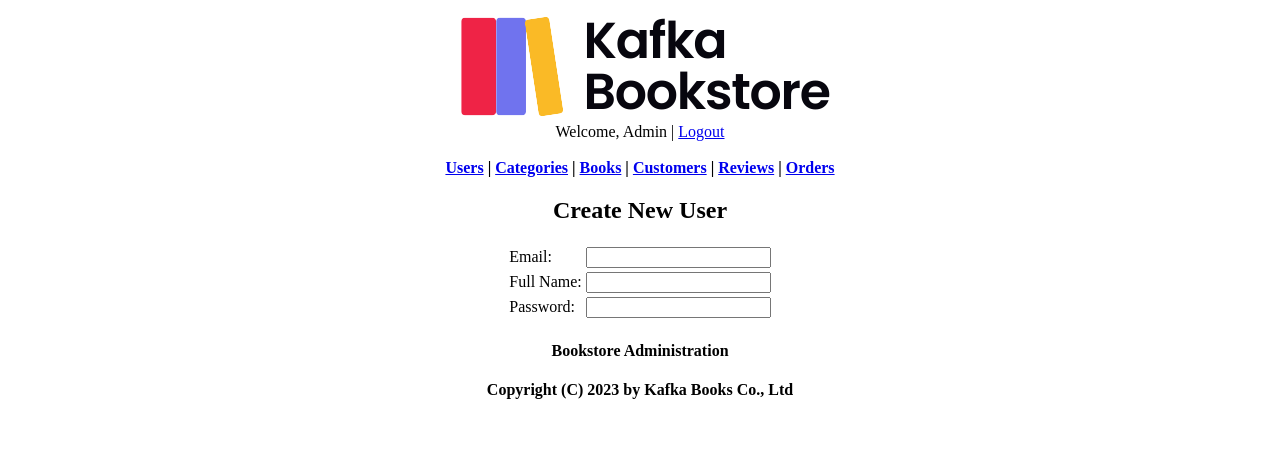
Repository: janvi2502/BookStore
Page: http://localhost/BookStoreWebsite/admin/user_form.jsp
The author's editor kept a copy of each file at every save. The page is drawn from the files as they stood at one save, then again after the next save.
The browser window is 1280 px wide. The pictures show the whole page.
The page is served by Tomcat 10. Other server files are loaded and not shown.

Above is the page before, as saved 2023-10-25 14:04:21.

### BookStoreWebsite/WebContent/admin/user_form.jsp
<%@ page language="java" contentType="text/html; charset=UTF-8"
	pageEncoding="UTF-8"%>
<!DOCTYPE html>
<html>
<head>
<meta charset="UTF-8">
<title>Create New User</title>
</head>
<body>
	<jsp:directive.include file="header.jsp" />
	<div align="center">
		<h2>Create New User</h2>
	</div>

	<div align="center">
		<form action="create_user" method="post">
			<table>
				<tr>
					<td>Email:</td>
					<td><input type="text" name="email" size="20" /></td>
				</tr>
				<tr>
					<td>Full Name:</td>
					<td><input type="text" name="fullname" size="20" /></td>
				</tr>
				<tr>
					<td>Password:</td>
					<td><input type="password" name="password" size="20" /></td>
				</tr>
			</table>
		</form>
	</div>

	<jsp:directive.include file="footer.jsp" />
</body>
</html>

### BookStoreWebsite/WebContent/admin/header.jsp
<div align="center">
	<div>
		<img src="../images/Kafka2.png" />
	</div>

	<div>
		Welcome, Admin | <a href="logout">Logout</a>
		<br/><br/>
	</div>
	<div>
		<b> <a href="list_users">Users</a> | <a href="categories">Categories</a>
			| <a href="books">Books</a> | <a href="customer">Customers</a> | <a
			href="reviews">Reviews</a> | <a href="orders">Orders</a>
		</b>
	</div>
</div>

### BookStoreWebsite/WebContent/admin/footer.jsp
<div align="center">
	<h4>Bookstore Administration</h4>
	<h4>Copyright (C) 2023 by Kafka Books Co., Ltd</h4>
</div>

After the next save:
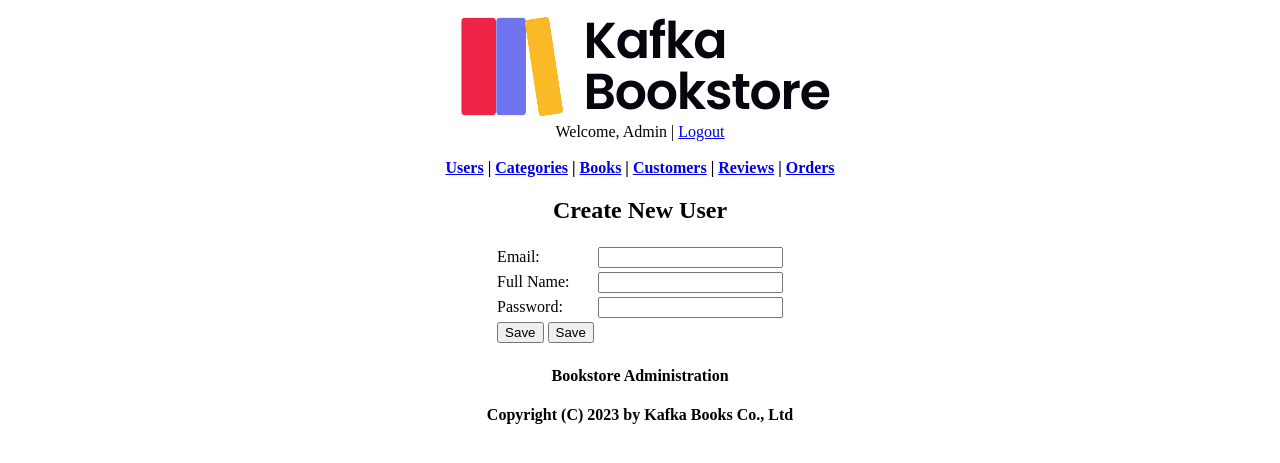
Saved 2 min 23 s later.
--- a/BookStoreWebsite/WebContent/admin/user_form.jsp
+++ b/BookStoreWebsite/WebContent/admin/user_form.jsp
@@ -27,6 +27,12 @@
 					<td>Password:</td>
 					<td><input type="password" name="password" size="20" /></td>
 				</tr>
+				<tr>
+					<td>
+						<input type="submit" value="Save"/>
+						<input type="button" value="Save"/>
+					</td>
+				</tr>
 			</table>
 		</form>
 	</div>
